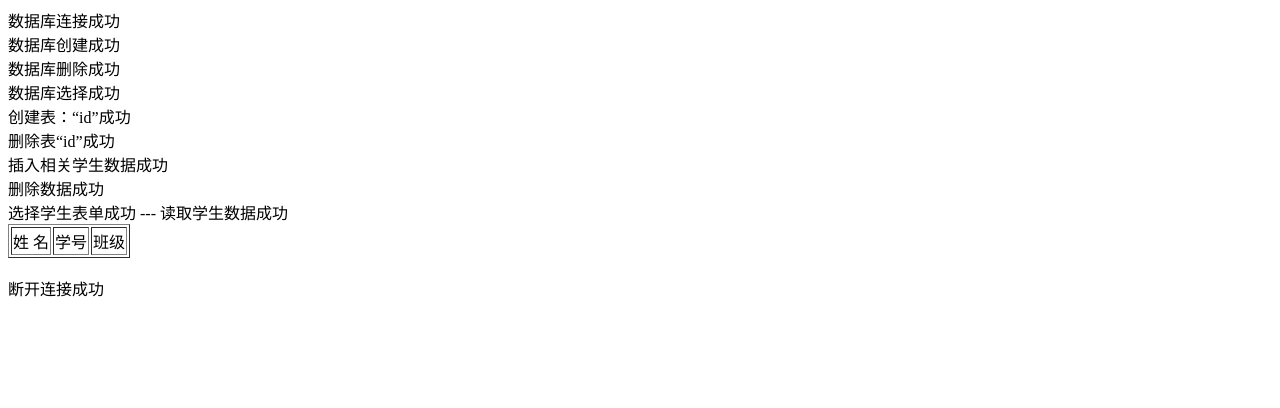
Repository: ZxxWs/P_M_learn
Page: http://localhost/
The author's editor kept a copy of each file at every save. The page is drawn from the files as they stood at one save, then again after the next save.
The browser window is 1280 px wide. The pictures show the whole page.
The page is run by PHP 8.4 with error messages shown; the project is at /var/www/html/. Queries for data that is not in the repository find no rows.

Above is the page before, as saved 2019-03-19 12:27:39.

### Mysql_learn/index.php

<meta charset="utf-8"/>
<?php

//MySQL在PHP中的方法：mysqli_function(value,value1....)

//************************************************************
//连接MySQL：
$host='localhost:3306';                    //可选，主机名|IP
$username='root';          //可选，MySQL用户名
$password;          //可选，MySQL密码
$dbname;            //可选，默认数据库
$port;                  //端口号
$socket;            //规定socket
$conn=mysqli_connect($host,$username);
//mysqli_close($link);//关闭与于数据库的连接
if($conn)
    echo "数据库连接成功";
echo "<br />";

//************************************************************
//创建数据库
$create="create database phpcreat";
$createdatabase=mysqli_query($conn, $create);
if($createdatabase)
    echo "数据库创建成功";
echo "<br />";

//删除数据库
$drop="drop database phpcreat";
$drop=mysqli_query($conn, $drop);
if($drop)
    echo "数据库删除成功";
else{
    die('连接失败: ' . mysqli_error($conn));
}
echo "<br />";


//************************************************************
//选择数据库
$dbname="test";
$select=mysqli_select_db($conn, $dbname);
if($select)
    echo "数据库选择成功";
    else{
        die('连接失败: ' . mysqli_error($conn));
    }
echo "<br />";


//************************************************************
//创建表
$table="create table phptable(id int)";
$createtable=mysqli_query($conn, $table);
if($createtable)
    echo "创建表：“id”成功";
else{
    die('连接失败: ' . mysqli_error($conn));
}
echo "<br />";

//删除表
$droptable="drop table phptable";
$droptablea=mysqli_query($conn, $droptable);
if($droptablea)
    echo "删除表“id”成功";
echo "<br/>";


//***********************
mysqli_query($conn , "set names utf8");// 设置编码，防止中文乱码
//***********************
//向表中插入数据————>students:name,num,class
$stuname="吴霜";
$stunum=1707004101;
$stuclass=17070144;
$sqldata="insert into students".
         "(name,num,class)".
         "values".
         "('$stuname','$stunum','$stuclass')";

$into=mysqli_query($conn, $sqldata);
if($into)
    echo "插入相关学生数据成功";
    echo "<br/>";

//***********************
//在表中删除数据
$deletedata="delete from students where num=1707004101";
$deleteend=mysqli_query($conn,$deletedata);
if($deleteend)
    echo "删除数据成功<br/>";



//***********************************************************
//读取数据库
//读取数据库的方式多种多样
$readdata='select name,num,class from students';
$selecttable=mysqli_select_db($conn, 'test');//选择表
if($selecttable)
    echo "选择学生表单成功";
    echo "  ---  \0";
$readendl=mysqli_query($conn, $readdata);
if($readendl)
    echo "读取学生数据成功";
    echo "<br/>";

echo '<table border="1"><td>姓   名</td><td>学号</td><td>班级</td></tr>';
while($whilee=mysqli_fetch_array($readendl,MYSQLI_ASSOC)){//每次读取的数据会复制给$whilee
    echo "<tr><td>{$whilee['name']}</td>".                //参数MYSQLI_ASSOC查询结果返回关联数据
        "<td>{$whilee['num']}</td>".
        "<td>{$whilee['class']}</td>".
        "</tr>";
}
echo '</table>'."<br/>";


 //释放内存
mysqli_free_result($readendl);
$close=mysqli_close($conn);
if($close)
    echo "断开连接成功";

After the next save:
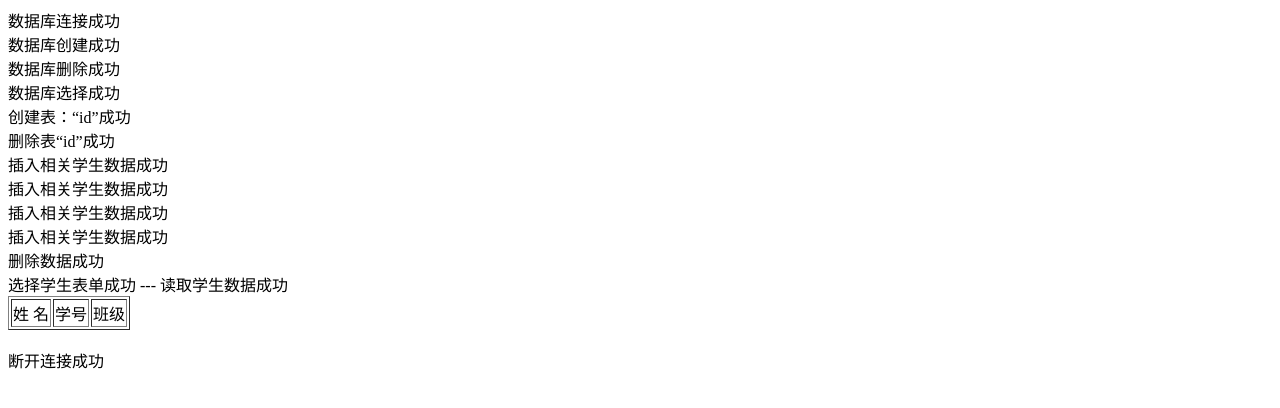
Saved 117 s later.
--- a/Mysql_learn/index.php
+++ b/Mysql_learn/index.php
@@ -75,6 +75,8 @@ mysqli_query($conn , "set names utf8");// 设置编码，防止中文乱码
 $stuname="吴霜";
 $stunum=1707004101;
 $stuclass=17070144;
+for($i=1;$i<5;$i++){
+    $stunum++;
 $sqldata="insert into students".
          "(name,num,class)".
          "values".
@@ -84,7 +86,7 @@ $into=mysqli_query($conn, $sqldata);
 if($into)
     echo "插入相关学生数据成功";
     echo "<br/>";
-
+}
 //***********************
 //在表中删除数据
 $deletedata="delete from students where num=1707004101";
